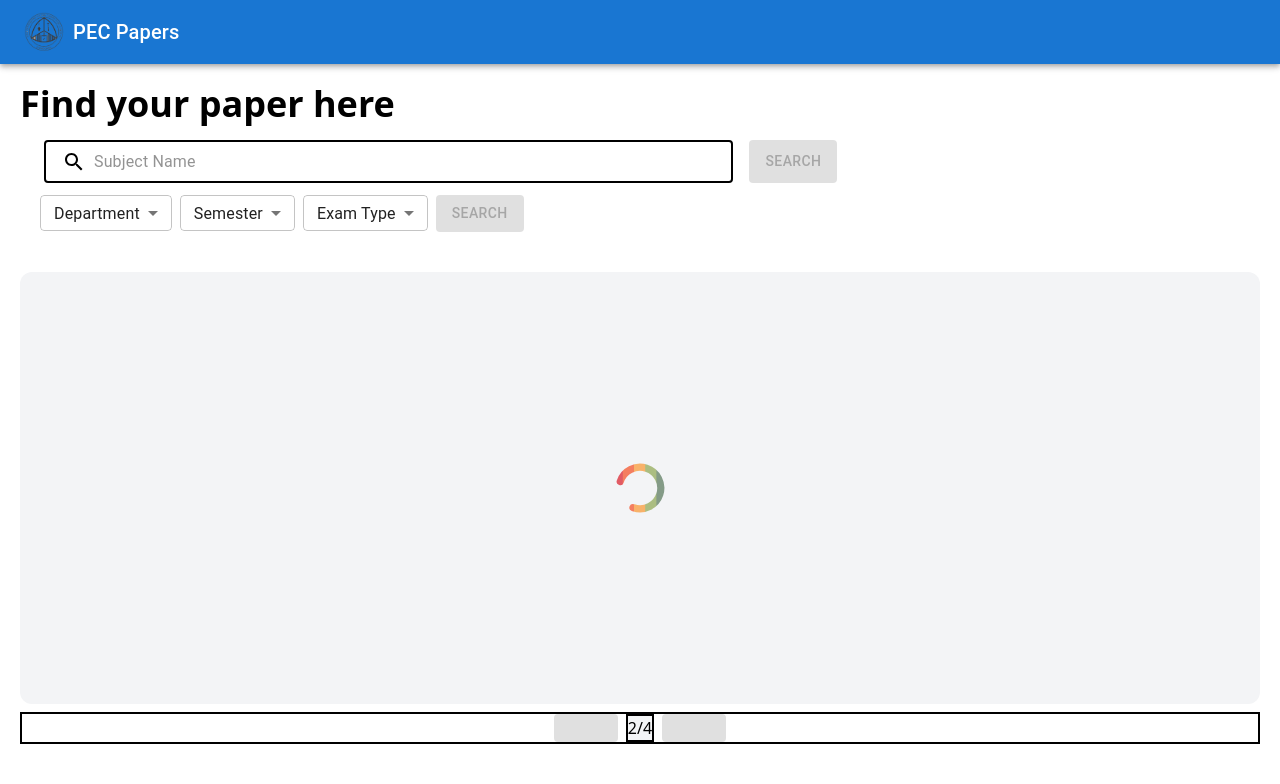
Repository: SUGAM-ARORA/pecpapers
Page: /browse (app in frontend/)
These files come from the project's save history. The page is drawn as it stood at one moment and after the next save; the edit follows.
The browser window is 1280 px wide. The pictures show the whole page.
The page's requests for data from a server got no answer. The project was rebuilt for these pictures with package versions that can differ from the ones it lists, and the page was loaded fresh each time. Some packages were replaced by stand-ins written for this rebuild. No one was signed in, and anything a server would have sent is missing. Also part of the build but not shown: frontend/vite.config.js, frontend/src/Components/AnimatedText.jsx, frontend/src/Components/Hero.jsx, frontend/src/Components/Footer.jsx, frontend/src/Components/Login.jsx, frontend/src/Components/PaperDisplay.jsx, frontend/src/Components/ProtectedRoute.jsx.

Above is the page before, as saved 2025-07-17 19:24:16.

### frontend/index.html
<!doctype html>
<html lang="en">
  <head>
    <meta charset="UTF-8" />
    <link rel="icon" type="image/svg+xml" href="/index.png" />
    <link rel="preconnect" href="https://fonts.googleapis.com" />
    <link rel="preconnect" href="https://fonts.gstatic.com" crossorigin />
    <link
      href="https://fonts.googleapis.com/css2?family=IBM+Plex+Serif:ital,wght@0,100;0,200;0,300;0,400;0,500;0,600;0,700;1,100;1,200;1,300;1,400;1,500;1,600;1,700&display=swap"
      rel="stylesheet"
    />
    <meta name="viewport" content="width=device-width, initial-scale=1.0" />
    <title>Pec Papers</title>

    <meta name="description" content="Download and Upload PEC previous year papers for all departments. Filter by subject, semester, and exam type. Get easy access to Punjab Engineering College exam archives.">
    <meta property="og:url" content="https://pecpapers-ufo6.vercel.app/">
    <meta property="og:title" content="Punjab Engineering College(PEC) Exam Papers Archive" />

    <meta name="google-adsense-account" content="ca-pub-1903859543209030">
  </head>
  <!-- Google tag (gtag.js) -->
  <script
    async
    src="https://www.googletagmanager.com/gtag/js?id=G-3FZX3TV10G"
  ></script>
  <script>
    window.dataLayer = window.dataLayer || [];
    function gtag() {
      dataLayer.push(arguments);
    }
    gtag("js", new Date());

    gtag("config", "G-3FZX3TV10G");
  </script>
  <body>
    <div id="root"></div>
    <script type="module" src="/src/main.jsx"></script>
  </body>
</html>

### frontend/src/main.jsx
import { StrictMode } from 'react'
import { createRoot } from 'react-dom/client'
import './index.css'
import App from './App.jsx'
import {createBrowserRouter, Navigate, RouterProvider, useNavigate} from 'react-router-dom'
import Login from './Components/Login.jsx'
import { ClerkProvider } from '@clerk/clerk-react'
import Browse from './Pages/Browse.jsx'
import Hero from './Components/Hero.jsx'
import { AppProvider } from './context/AppContext.jsx'
import ProtectedRoute from './Components/ProtectedRoute.jsx'

const router = createBrowserRouter([
  {
    path : '/',
    element : <App/>,
    children: [{
      path : '/browse',
      element: <Browse/>
    },
    {
      // path : '/',
      index:true,
      element : <Hero/>
    }
  ]
  },
  {
    path: '/login',
    element : <Login/>
  },
  {
    path: '/sso-callback',
    element: <Navigate to="/" replace />
  }
])

const PUBLISHABLE_KEY = import.meta.env.VITE_CLERK_PUBLISHABLE_KEY

if (!PUBLISHABLE_KEY) {
  throw new Error('Missing Publishable Key')
}

createRoot(document.getElementById('root')).render(
  <StrictMode>
    <AppProvider>
    <ClerkProvider publishableKey={PUBLISHABLE_KEY} frontendApt="https://sweeping-bobcat-34.clerk.accounts.dev" >
    <RouterProvider router={router}/>
    </ClerkProvider>
    </AppProvider>
  </StrictMode>,
)

### frontend/src/App.jsx
import React, { useEffect } from 'react'
import Navbar from './Components/Navbar'
import Hero from './Components/Hero'
import FormDialog from './Components/FormDialog';
import { Outlet, useNavigate } from 'react-router-dom';
import { useUser } from '@clerk/clerk-react';
import Footer from './Components/Footer';

const App = () => {

  // const {user,isLoaded,isSignedIn} = useUser()
  // const navigate = useNavigate();
  // console.log(user)

  // useEffect(()=>{
  //   if(isLoaded && !isSignedIn){
  //     navigate('/login')
  //   }
  // },[isLoaded,isSignedIn])

  return (

    <div className='flex flex-col'>
      <div>
        <Navbar />
      </div>
      <Outlet />
      <div className='flex flex-col items-center mt-5'>
        <FormDialog />
      </div>
      <div>
        {/* <Footer/> */}
      </div>
    </div>
  )
}

export default App

### frontend/src/Pages/Browse.jsx
import React, { useEffect, useState } from 'react'
import SearchIcon from '@mui/icons-material/Search';
import { styled, alpha } from '@mui/material/styles';
import InputBase from '@mui/material/InputBase';
import { Button, FormControl, Select, MenuItem } from '@mui/material';
import { departments, examType } from '../utils/constants';
import axios from 'axios';
import PaperDisplay from '../Components/PaperDisplay';
import { useUser } from '@clerk/clerk-react';
import {ColorRing} from 'react-loader-spinner'

const Search = styled('div')(({ theme }) => ({
  position: 'relative',
  borderRadius: theme.shape.borderRadius,
  backgroundColor: alpha(theme.palette.common.white, 0.15),
  '&:hover': {
    backgroundColor: alpha(theme.palette.common.white, 0.25),
  },
  marginRight: theme.spacing(2),
  marginLeft: 0,
  width: '100%',
  [theme.breakpoints.up('sm')]: {
    marginLeft: theme.spacing(3),
    width: 'auto',
  },
  border: 5,
  borderColor: 'black'
}));

const SearchIconWrapper = styled('div')(({ theme }) => ({
  padding: theme.spacing(0, 2),
  height: '100%',
  position: 'absolute',
  pointerEvents: 'none',
  display: 'flex',
  alignItems: 'center',
  justifyContent: 'center',
  border: 5,
  borderColor: 'black'
}));

const StyledInputBase = styled(InputBase)(({ theme }) => ({
  color: 'inherit',
  '& .MuiInputBase-input': {
    padding: theme.spacing(1, 1, 1, 0),
    // vertical padding + font size from searchIcon
    paddingLeft: `calc(1em + ${theme.spacing(4)})`,
    transition: theme.transitions.create('width'),
    width: '100%',
    [theme.breakpoints.up('md')]: {
      width: '70ch',
    },
    border: 5,
    borderColor: 'black'
  },
}));

const Browse = () => {

  const { isSignedIn } = useUser()
  const [loading, setLoading] = useState(false)

  const [searchValue, setSearchValue] = useState('');
  const semesters = [1, 2, 3, 4, 5, 6, 7, 8]
  const [department, setDepartment] = React.useState('')
  const [exam, setExam] = React.useState('')
  const [sem, setSem] = React.useState('')

  const [papersToDisplay, setPapersToDisplay] = useState(null);
  const [papersFetched, setPapersFetched] = useState(null);

  const BACKEND_URL = import.meta.env.VITE_BACKEND_URL

  const getAllPapers = async () => {
    setLoading(true)
    const response = await axios.get(`${BACKEND_URL}/getallpapers/`)
    setPapersFetched(response.data);
    // console.log(response.data)
    setLoading(false)
    return { data: response.data }
  }

  const getConnectionStatus = async ()=>{
    setLoading(true)
    const response = await axios.get(`${BACKEND_URL}/healthz/`)
    setLoading(false)
    console.log(response.data)
    return response.data;
  }

  const getFilteredPapers = async ()=>{
    try {
      setLoading(true)
      const response = await axios.get(`${BACKEND_URL}/papersOnFilterOrSearch?subjectName=${searchValue}&semester=${sem}&department=${department}&examType=${exam}`)
      console.log(response.data)
      setPapersFetched(response.data.data)
      setPapersToDisplay(response.data.data)
      setLoading(false)
    } catch (error) {
      setLoading(false)
      console.log(error)
    }
  }

  useEffect(() => {

    try {
      // if(isSignedIn){
      //   getAllPapers()
      // }
      // getAllPapers()
      getConnectionStatus()
    } catch (error) {
      console.log(error)
    }
  }, [BACKEND_URL, isSignedIn])

  const handleSearch = async () => {
    if (!papersFetched) {
      //api calling


    } else {
      // actions on papersfetched
      setLoading(true)
      const filter = papersFetched.filter(paper =>
        paper.subjectName.toLowerCase().includes(searchValue.toLowerCase()) ||
        paper.department.toLowerCase().includes(searchValue.toLowerCase()) ||
        paper.examType.toLowerCase().includes(searchValue.toLowerCase()) ||
        paper.semester.toLowerCase().includes(searchValue.toLowerCase())
      )
      setPapersToDisplay(filter)
      setLoading(false)
      // console.log(filter)
      return;
    }

  }

  const handleFilter = async () => {
    if (!papersFetched) {
      //api calling
    } else {
      // actions on papers fetched

      setLoading(true)
      const filter = papersFetched.filter(paper =>
        paper.department.toLowerCase().includes(department.toLowerCase()) &&
        paper.examType.toLowerCase().includes(exam.toLowerCase()) &&
        paper.semester.includes(sem)
      )
      setPapersToDisplay(filter)
      setLoading(false)
      // console.log(filter)
      return
    }
  }

  return (
    <div className='flex flex-col m-5'>
      <span className='text-4xl font-semibold'>Find your paper here</span>

      <div id='search' className='flex flex-row mt-4 '>
        <Search sx={{
          border: 2,
          borderColor: 'black',
        }}
        >
          <SearchIconWrapper>
            <SearchIcon />
          </SearchIconWrapper>
          <StyledInputBase
            placeholder="Subject Name"
            inputProps={{ 'aria-label': 'search' }}
            value={searchValue}
            onChange={(e) => setSearchValue(e.target.value)}
          />
        </Search>
        <Button variant='contained' onClick={getFilteredPapers} disabled={loading}>Search</Button>
      </div>

      <form id='filters' className=' mt-3 flex flex-row gap-2 ml-5' onSubmit={handleFilter}>
        <FormControl>
          <Select
            labelId="department"
            aria-placeholder='Department'
            id="department"
            value={department}
            onChange={(e) => setDepartment(e.target.value)}
            sx={{
              width: 'vh',
              height: '5vh',
              overflow: 'scroll'
            }}
            placeholder='Department'
            displayEmpty
          >
            <MenuItem value="" disabled>
              Department
            </MenuItem>
            {departments.map((department) => <MenuItem value={department.dept}>{department.dept}</MenuItem>)}
          </Select>
        </FormControl>

        <FormControl>
          <Select
            labelId="semester"
            aria-placeholder='Semester'
            id="semester"
            value={sem}
            onChange={(e) => setSem(e.target.value)}
            sx={{
              width: 'vh',
              height: '5vh',
              overflow: 'scroll'
            }}
            placeholder='Semester'
            displayEmpty
          >
            <MenuItem value="" disabled>
              Semester
            </MenuItem>
            {semesters.map((semester) => <MenuItem value={semester}>{semester}</MenuItem>)}
          </Select>

        </FormControl>

        <FormControl>
          <Select
            labelId="examType"
            aria-placeholder='Exam-Type'
            id="examType"
            value={exam}
            onChange={(e) => setExam(e.target.value)}
            sx={{
              width: 'vh',
              height: '5vh',
              overflow: 'scroll'
            }}
            placeholder='Exam Type'
            displayEmpty
          >
            <MenuItem value="" disabled>
              Exam Type
            </MenuItem>
            {examType.map((exam,index) => <MenuItem value={exam.type} key={index}>{exam.type}</MenuItem>)}
          </Select>
        </FormControl>

        <Button variant='contained' onClick={getFilteredPapers} disabled={loading}>Search</Button>
      </form>


      <div className='mt-10 rounded-xl p-2 bg-gray-100 h-[60vh] overflow-scroll'>
        {loading ?  <div className='h-full flex flex-col justify-center items-center'>
          <ColorRing
          visible={true}
          width="100"
          colors={['#e15b64', '#f47e60', '#f8b26a', '#abbd81', '#849b87']}
          ariaLabel="infinity-spin-loading"/>
        </div> : <></>}
        <div className={`${loading ? 'hidden' : ''}`}>
          {papersToDisplay ? <div className='flex flex-col gap-2'>
            {papersToDisplay.map((paper) => <PaperDisplay paper={paper} key={paper.id} />)}
          </div> : <span className='text-gray-400 text-5xl'>Papers displayed here</span>}
        </div>

      </div>
      <div className='border-2 border-black w-full mt-2 flex items-center justify-center'>
        <div className='flex flex-row gap-2'>
          <Button variant='contained' onClick={getFilteredPapers} disabled={loading}></Button>
          <span className='border-2 border-black bg-gray-100'>2/4</span>
           <Button variant='contained' onClick={getFilteredPapers} disabled={loading}></Button>
        </div>
      </div>
    </div>
  )
}

export default Browse

### frontend/src/context/AppContext.jsx
import { createContext, useState } from "react";

export const AppContext = createContext();

export const AppProvider = ({ children }) => {
  const [open, setOpen] = useState(false); // Example: global user state

  return (
    <AppContext.Provider value={{ open, setOpen }}>
      {children}
    </AppContext.Provider>
  );
};

### frontend/src/Components/Navbar.jsx
import * as React from 'react';
import AppBar from '@mui/material/AppBar';
import Box from '@mui/material/Box';
import Toolbar from '@mui/material/Toolbar';
import IconButton from '@mui/material/IconButton';
import Typography from '@mui/material/Typography';
import InputBase from '@mui/material/InputBase';
import Badge from '@mui/material/Badge';
import MenuItem from '@mui/material/MenuItem';
import Menu from '@mui/material/Menu';
import AccountCircle from '@mui/icons-material/AccountCircle';
import MailIcon from '@mui/icons-material/Mail';
import NotificationsIcon from '@mui/icons-material/Notifications';
import MoreIcon from '@mui/icons-material/MoreVert';
import logo from '../assets/image.png'
import { UserButton } from '@clerk/clerk-react';
import { useNavigate } from 'react-router-dom';


export default function Navbar() {
  // const [anchorEl, setAnchorEl] = React.useState(null)
  // const [mobileMoreAnchorEl, setMobileMoreAnchorEl] = React.useState(null)
  const navigate = useNavigate();


  const handleHomepageNavigation = async ()=>{
    navigate('/')
  }


  return (
    <Box sx={{ flexGrow: 1 }}>
      <AppBar position="static">
        <Toolbar>
          <img src={logo} alt='pec logo' className='h-10 w-10' onClick={handleHomepageNavigation}/>
          <Typography
            variant="h6"
            noWrap
            component="div"
            sx={{ display: { xs: 'none', sm: 'block',marginLeft:'9px' } }}
            onClick={handleHomepageNavigation}
          >
            PEC Papers
          </Typography>

          <Box sx={{ flexGrow: 1 }} />
          <Box sx={{ display: { xs: 'none', md: 'flex' } }}>

            <UserButton/>
          </Box>
          <Box sx={{ display: { xs: 'flex', md: 'none' } }}>

             <UserButton/>

          </Box>
        </Toolbar>
      </AppBar>

    </Box>
  );
}

### frontend/src/Components/FormDialog.jsx
import * as React from 'react';
import Button from '@mui/material/Button';
import TextField from '@mui/material/TextField';
import Dialog from '@mui/material/Dialog';
import DialogActions from '@mui/material/DialogActions';
import { FormControl, Typography, InputLabel, Select, MenuItem } from '@mui/material';
import { departments, examType } from '../utils/constants';
import axios from 'axios'
import { InfinitySpin } from 'react-loader-spinner'
import { AppContext } from '../context/AppContext';
import Toast from './Toast';

export default function FormDialog() {
  const { open, setOpen } = React.useContext(AppContext)
  const [loading, setLoading] = React.useState(false)
  const [files, setFiles] = React.useState('')

  const semesters = [1, 2, 3, 4, 5, 6, 7, 8]

  const [department, setDepartment] = React.useState('')
  const [exam, setExam] = React.useState('')
  const [sem, setSem] = React.useState('')

  const CLOUDINARY_URL = import.meta.env.VITE_APP_CLOUDINARY_URL
  const UPLOAD_PRESET = import.meta.env.VITE_APP_UPLOAD_PRESET
  const CLOUD_NAME = import.meta.env.VITE_APP_CLOUD_NAME
  const BACKEND_URL = import.meta.env.VITE_BACKEND_URL

  const [opentoast, setOpenToast] = React.useState(false)

  const handleFileChange = (e) => {
    const filename = e.target.files;
    if (filename) {
      setFiles(filename)
    }
  }

  const uploadImages = async (files) => {
    const uploadPromises = Array.from(files).map(file => {
      const formData = new FormData();
      formData.append("file", file);
      formData.append("upload_preset", UPLOAD_PRESET);
      formData.append("cloud_name", CLOUD_NAME);
      return axios.post(CLOUDINARY_URL, formData);
    });

    try {
      const responses = await Promise.all(uploadPromises);
      const urlList = responses.map(res => res.data.secure_url);
      console.log(urlList.length + " images uploaded");
      return urlList;
    }
    catch (error) {
      console.error("Cloudinary image uploads failed:", error);
      throw error;
    }
  };

  const uploadPaperDetails = async(e, urlList) => {
    try {
      const paperDetails = {
        department: e.target[0].value,
        cloudUrl: urlList,
        examType: e.target[2].value,
        semester: e.target[4].value,
        subjectName: e.target[6].value,
        comments: e.target[9].value
      }

      const dataRes = await axios.post(`${BACKEND_URL}/upload-paper/`, { data: paperDetails })
      console.log("Paper details uploaded successfully");
    }
    catch (error) {
      console.error("Paper details upload failed", error);
    }
  }

  const handleSubmit = async (e) => {
    e.preventDefault();
    setLoading(true)

    const urlList = await uploadImages(files);
    await uploadPaperDetails(e, urlList);

    e.target.reset()
    setDepartment('')
    setExam('')
    setSem('')
    setLoading(false)
    setOpen(false)
    setOpenToast(true)
  }

  const handleClose = () => {
    setOpen(false);
  };

  const handleUpload = async () => {

  }

  return (
    <>
      <Dialog
        open={open}
        onClose={handleClose}
      >
        <form className='flex flex-col gap-5 m-5 ' onSubmit={handleSubmit}>
          <FormControl>
            <Typography fontSize={25} >Upload a Paper</Typography>
            <div >
              <Typography>Department</Typography>
              <Select
                required="true"
                labelId="department"
                aria-placeholder='Department'
                id="department"
                value={department}
                onChange={(e) => setDepartment(e.target.value)}
                sx={{
                  width: '50vh',
                  height: '5vh',
                  overflow: 'scroll'
                }}
              >
                {departments.map((department) => <MenuItem value={department.dept}>{department.dept}</MenuItem>)}
              </Select>
            </div>
          </FormControl>

          <FormControl>
            <div>
              <Typography>Exam Type</Typography>
              <Select
                required="true"
                labelId="Exam-type"
                aria-placeholder='Exam Type'
                id="exam-type"
                sx={{
                  width: '50vh',
                  height: '5vh',
                  overflow: 'scroll'
                }}
                value={exam}
                onChange={(e) => setExam(e.target.value)}
              >
                {examType.map((type) => <MenuItem value={type.type}>{type.type}</MenuItem>)}
              </Select>
            </div>
          </FormControl>

          <FormControl>
            <div>
              <Typography>Semester</Typography>
              <Select
                required="true"
                labelId="Semester"
                aria-placeholder='Semester'
                id="exam-type"
                sx={{
                  width: '50vh',
                  height: '5vh',
                  overflow: 'scroll'
                }}
                value={sem}
                onChange={(e) => setSem(e.target.value)}
              >
                {semesters.map((sem) => <MenuItem value={sem}>{sem}</MenuItem>)}
              </Select>
            </div>
          </FormControl>

          <FormControl>
            <div>
              <Typography>Subject Name</Typography>
              <TextField
                sx={{ width: '50vh', height: '5vh' }}
                required="true"
              >
              </TextField>
            </div>
          </FormControl>

          <FormControl>
            <div>
              <Typography>Upload Paper <span className='text-xs'>(only img format e.g. jpg,png,jpeg etc.)</span></Typography>
              <input
                accept='image/*'
                id='upload-image'
                type='file'
                multiple='true'
                onChange={handleFileChange}
                required="true"
              />
            </div>
          </FormControl>
          <FormControl>
            <div>
              <Typography>Review or Comments</Typography>
              <TextField sx={{
                width: '50vh',
                height: '5vh'
              }}></TextField>
            </div>
          </FormControl>
          {loading && <InfinitySpin
            visible={true}
            width="100"
            color="#4fa94d"
            ariaLabel="infinity-spin-loading" />}

          <DialogActions>
            <Button onClick={handleClose}>Cancel</Button>
            <Button type="submit" variant='contained' onClick={handleUpload}>Upload</Button>
          </DialogActions>
        </form>
      </Dialog>
      <Toast opentoast={opentoast} setOpenToast={setOpenToast} message="Paper Upload" />
    </>
  );
}

### frontend/src/utils/constants.js
export const departments = [
    // ece:
    {
        'dept' : 'ECE'
    },
    // cse:
    {
        'dept' : 'CSE'
    },
    // ee:
    {
        'dept': 'EE'
    },
    // ds:
    {
        'dept' : 'CSE-DS'
    },
    // ai:
    {
        'dept' : 'CSE-AI'
    },
    // mech:
    {
        'dept' : 'MECH'
    },
    // civil:
    {
        'dept' : 'CIVIL'
    },
    // aero:
    {
        'dept': 'AERO'
    },
    // meta:
    {
        'dept' : 'META'
    },
    // prod:
    {
        'dept' : 'PROD'
    },
    // hsm:
    {
        'dept' : 'HSM'
    },
    // physics:
    {
        'dept' : 'PHYSICS'
    },
    // maths:
    {
        'dept' : "MATHS"
    },
    // chem:
    {
        'dept' : 'CHEMISTRY'
    },
    // bdes:
    {
        'dept' : 'B-DES'
    }
]

export const examType = [
    {
        'type' : 'MID-SEM'
    },
    {
        'type' : 'END-SEM'
    }
]

### frontend/src/Components/Toast.jsx
import * as React from 'react';
import Button from '@mui/material/Button';
import Snackbar from '@mui/material/Snackbar';
import IconButton from '@mui/material/IconButton';
import CloseIcon from '@mui/icons-material/Close';

export default function Toast({message,openToast,setOpenToast}) {
//   const [open, setOpen] = React.useState(false);



  const handleClose = (
    event,
    reason,
  ) => {
    if (reason === 'clickaway') {
      return;
    }

    setOpenToast(false);
  };

  const action = (
    <React.Fragment>
      <IconButton
        size="small"
        aria-label="close"
        color="inherit"
        onClick={handleClose}
      >
        <CloseIcon fontSize="small" />
      </IconButton>
    </React.Fragment>
  );

  return (
    <div>

      <Snackbar
        open={openToast}
        autoHideDuration={6000}
        onClose={handleClose}
        message={message}
        action={action}
      />
    </div>
  );
}

Loaded but not shown: frontend/src/index.css (common file); frontend/tailwind.config.js (common file)

After the next save:
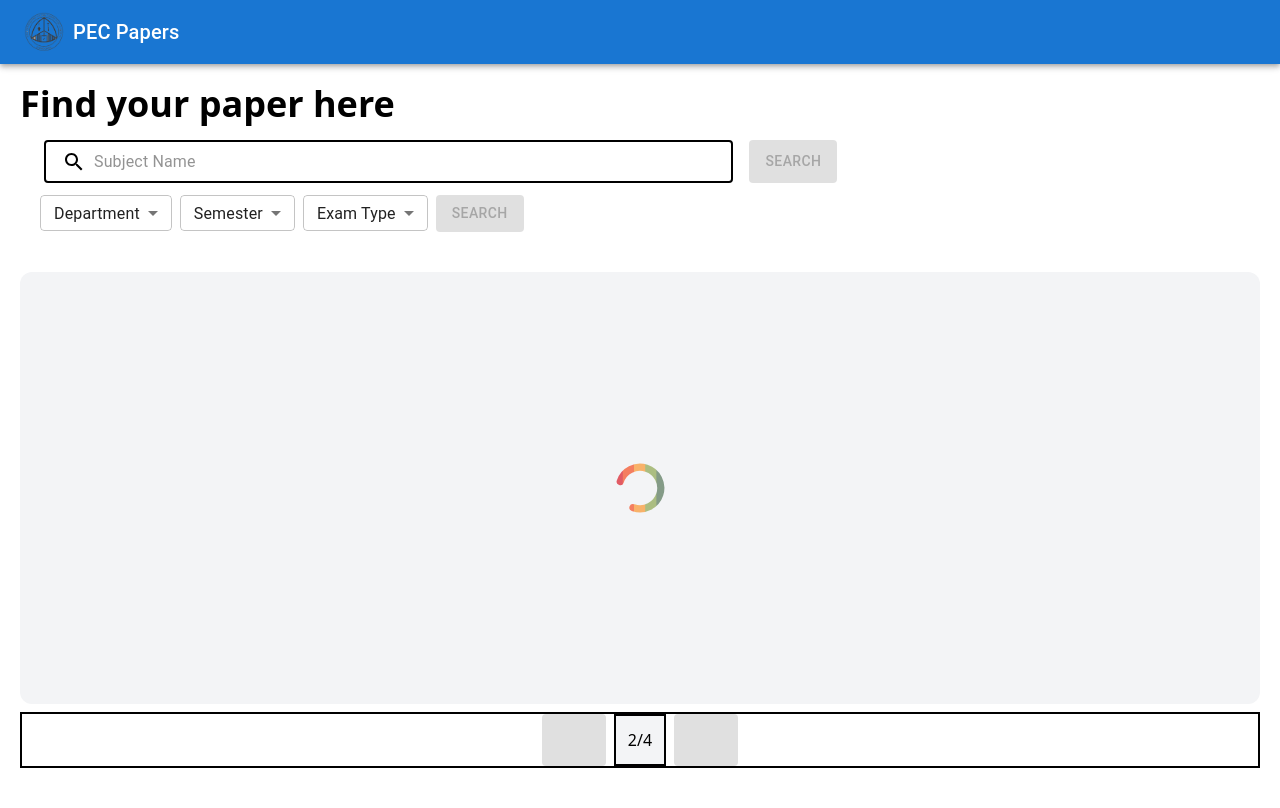
Saved 5 s later.
--- a/frontend/src/Pages/Browse.jsx
+++ b/frontend/src/Pages/Browse.jsx
@@ -269,7 +269,7 @@ const Browse = () => {
       <div className='border-2 border-black w-full mt-2 flex items-center justify-center'>
         <div className='flex flex-row gap-2'>
           <Button variant='contained' onClick={getFilteredPapers} disabled={loading}></Button>
-          <span className='border-2 border-black bg-gray-100'>2/4</span>
+          <span className='border-2 border-black bg-gray-100 p-3'>2/4</span>
            <Button variant='contained' onClick={getFilteredPapers} disabled={loading}></Button>
         </div>
       </div>
